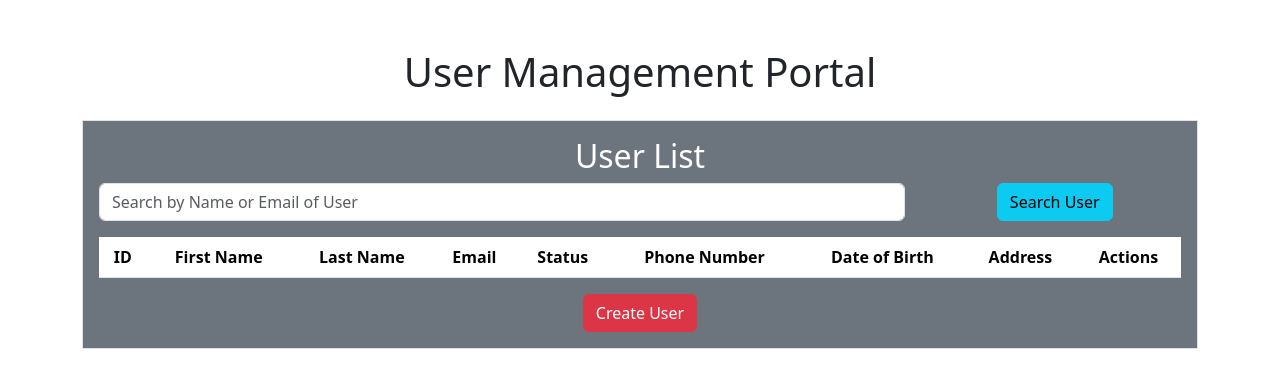
Repository: nairshreejith/reactstudent3
Page: /
These files come from the project's save history. The page is drawn as it stood at one moment and after the next save; the edit follows.
The browser window is 1280 px wide. The pictures show the whole page.
The page's requests for data from a server got no answer. The project was rebuilt for these pictures with package versions that can differ from the ones it lists, and the page was loaded fresh each time. No one was signed in, and anything a server would have sent is missing.

Above is the page before, as saved 2023-09-15 18:58:07.

After the next save:
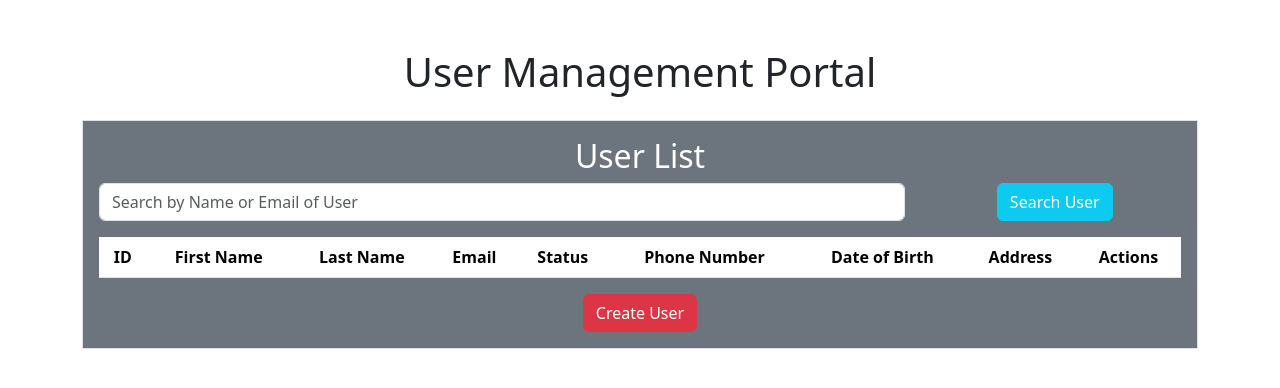
Saved 35 s later.
--- a/src/App.js
+++ b/src/App.js
@@ -88,7 +88,7 @@ function App() {
               <input type="text" className="form-control" placeholder="Search by Name or Email of User" value={searchTerm} onChange={(e) => setSearchTerm(e.target.value)} />
             </div>
             <div className="col-md-3">
-              <button className="btn btn-info" onClick={handleSearch}>Search User</button>
+              <button className="btn btn-info text-white" onClick={handleSearch}>Search User</button>
             </div>
           </div>
         </div>
